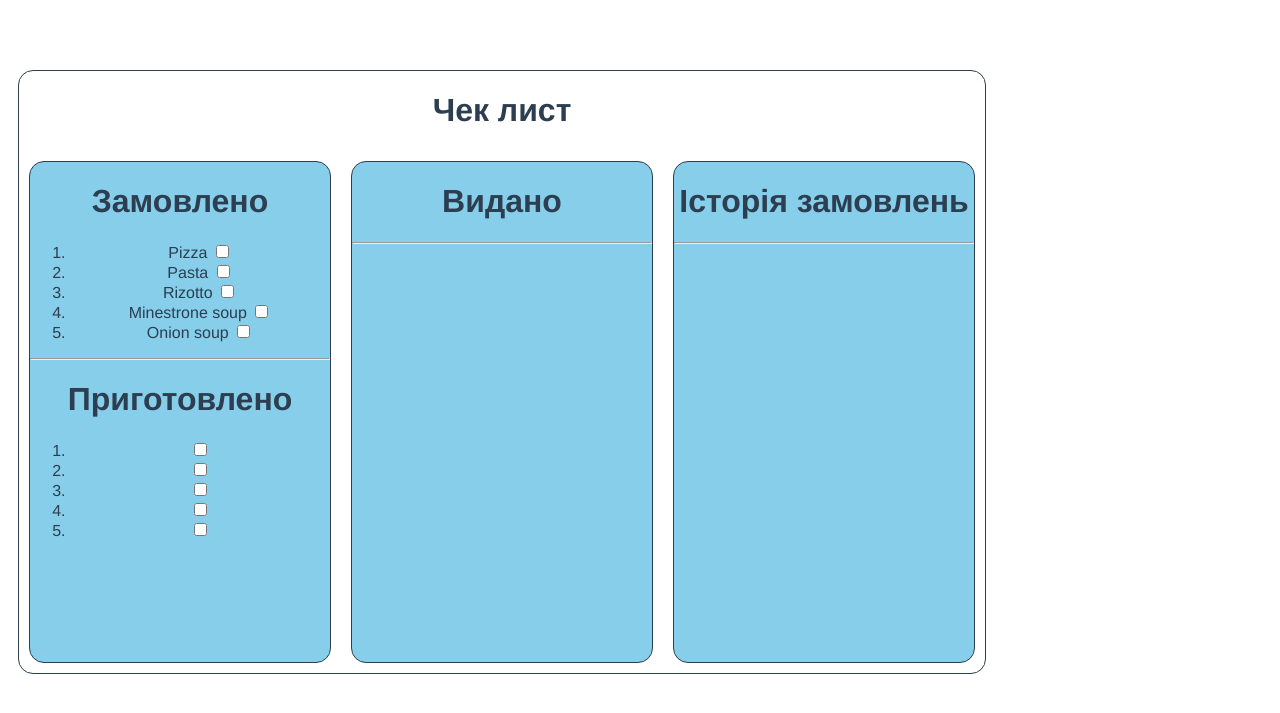
Repository: Salexandraa/HOME_Subotina
Page: / (app in order-list/)
The author's editor kept a copy of each file at every save. The page is drawn from the files as they stood at one save, then again after the next save.
The browser window is 1280 px wide. The pictures show the whole page.
The project was rebuilt for these pictures with package versions that can differ from the ones it lists, and the page was loaded fresh each time.

Above is the page before, as saved 2020-10-10 15:18:07.

After the next save:
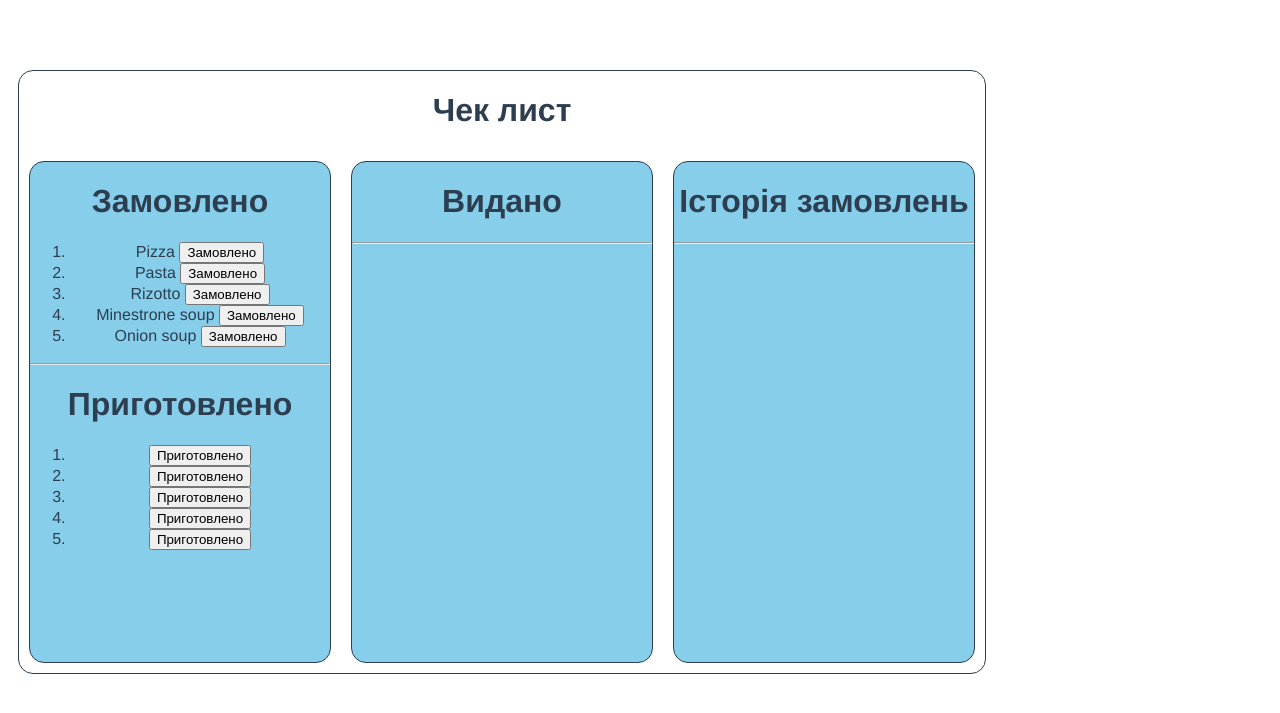
Saved 114 s later.
--- a/order-list/src/components/CheckList/Reserved/index.vue
+++ b/order-list/src/components/CheckList/Reserved/index.vue
@@ -1,58 +1,57 @@
 <template>
-    <div class="container">
-<div>
-    <h1>{{title}}</h1>
-</div>
- <div><ol >
-        <li v-for="item in listDishes" :key="item.name" value="item.name"  >
-          {{item.name}}  <input type="checkbox"  v-model="item.names"  >
+  <div class="container">
+    <div>
+      <h1>{{ title }}</h1>
+    </div>
+    <div>
+      <ol>
+        <li v-for="(item, ind) in listDishes" :key="ind">
+          {{ item.name }}
+          <button>Замовлено</button>
         </li>
-    </ol>
-</div>
-<hr>
-<div>
-    <h1>{{title2}}</h1>
-</div>
-<div>
+      </ol>
+    </div>
+    <hr />
+    <div>
+      <h1>{{ title2 }}</h1>
+    </div>
+    <div>
       <ol>
-        <li v-for="item in listDishes" :key="item.id" >
-           {{item.names}} <input type="checkbox" >
+        <li v-for="(item, ind) in listDishes" :key="ind">
+          {{ item.names }}
+          <button>Приготовлено</button>
         </li>
-
-    </ol>
-
-</div>
+      </ol>
     </div>
+  </div>
 </template>
 
 <script>
-    export default {
-        name: "Reserved",
-        props: {
-             listDishes: {
-                type: Array,
-                default: ()=>[]
-            },
-            title: {
-                type: String,
-                default: '',
-
-            },
-              title2: {
-                type: String,
-                default: '',
-
-            },
-        }
-    }
+export default {
+  name: "Reserved",
+  props: {
+    listDishes: {
+      type: Array,
+      default: () => [],
+    },
+    title: {
+      type: String,
+      default: "",
+    },
+    title2: {
+      type: String,
+      default: "",
+    },
+  },
+};
 </script>
 
 <style lang="css" scoped>
-.container{
-    width: 300px;
-    height: 500px;
-    border: 2px solid;
-    border-radius: 15px;
-    background-color: skyblue;
+.container {
+  width: 300px;
+  height: 500px;
+  border: 2px solid;
+  border-radius: 15px;
+  background-color: skyblue;
 }
 </style>
